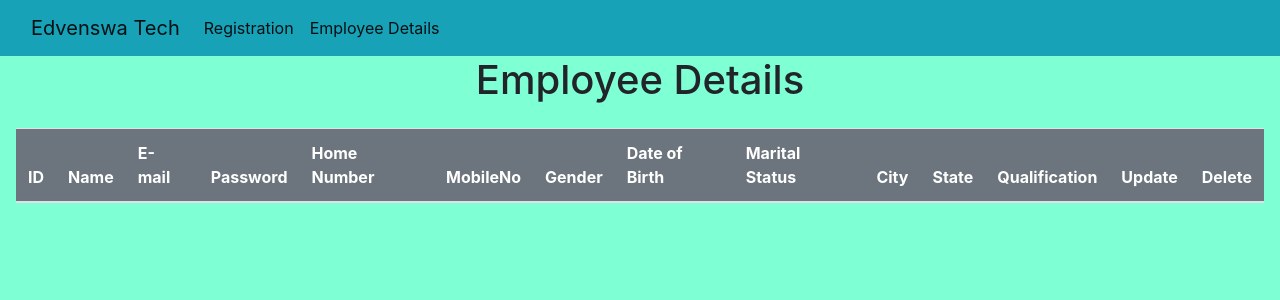
Repository: shubhverma2502/STSProjects
Page: http://localhost/DemoProject/views/ViewAll.jsp
An editor plug-in stored every save of this project. The page is shown before and after the next save, followed by the edit.
The browser window is 1280 px wide. The pictures show the whole page.
The page is served by Tomcat 9. Other server files are loaded and not shown. The template is opened directly, without the code that normally fills it, so the values that code supplies are empty.

Above is the page before, as saved 2023-04-06 12:09:50.

### DemoProject/src/main/webapp/views/ViewAll.jsp
<%@ page language="java" contentType="text/html; charset=ISO-8859-1"
	pageEncoding="ISO-8859-1"%>

<!DOCTYPE html>
<html lang="en" xmlns:th="http://www.thymeLeaf.com">
<html>
<head>
<meta charset="ISO-8859-1">
<title>Employee Details</title>
<link rel="stylesheet"
	href="https://cdn.jsdelivr.net/npm/bootstrap@4.0.0/dist/css/bootstrap.min.css"
	integrity="sha384-Gn5384xqQ1aoWXA+058RXPxPg6fy4IWvTNh0E263XmFcJlSAwiGgFAW/dAiS6JXm"
	crossorigin="anonymous">
</head>
<body style="background-color: aquamarine;">
    <nav class="navbar navbar-expand-lg navbar-light bg-info">
        <div class="container-fluid">
          <a class="navbar-brand" href="/">Edvenswa Tech</a>
          <button class="navbar-toggler" type="button" data-bs-toggle="collapse" data-bs-target="#navbarSupportedContent"
            aria-controls="navbarSupportedContent" aria-expanded="false" aria-label="Toggle navigation">
            <span class="navbar-toggler-icon"></span>
          </button>
          <div class="collapse navbar-collapse" id="navbarSupportedContent">
            <ul class="navbar-nav me-auto mb-2 mb-lg-0">
              <li class="nav-item active">
                <a class="nav-link" aria-current="page" href="/reg">Registration</a>
              </li>
              <li class="nav-item active">
                <a class="nav-link" href="/getAll">Employee Details</a>
              </li>

            </ul>
          </div>
        </div>
     </nav>

<%@ taglib uri="http://www.springframework.org/tags/form" prefix="form"%>
<%@ taglib uri="http://java.sun.com/jsp/jstl/core" prefix="c"%>

	<h1 class="text-center">Employee Details</h1>
	<div class="Container p-3">
		<table class="table table-striped">
			<thead class="bg-secondary text-white">
				<tr>
					<th scope="col">ID</th>
					<th scope="col">Name</th>
					<th scope="col">E-mail</th>
					<th scope="col">Password</th>
					<th scope="col">Home Number</th>
					<th scope="col">MobileNo</th>
					<th scope="col">Gender</th>
					<th scope="col">Date of Birth</th>
					<th scope="col">Marital Status</th>
					<th scope="col">City</th>
					<th scope="col">State</th>
					<th scope="col">Qualification</th>
					<th scope="col">Update</th>
					<th scope="col">Delete</th>

				</tr>
			</thead>
			<c:forEach var="Emp" items="${emps}">
				<tr>
					<td>${Emp.id}</td>
					<td>${Emp.name}</td>
					<td>${Emp.email}</td>
					<td>${Emp.password}</td>
					<td>${Emp.home_no}</td>
					<td>${Emp.mobie_no}</td>
					<td>${Emp.gender}</td>
					<td>${Emp.birthdate}</td>
					<td>${Emp.marital_status}</td>
					<td>${Emp.city}</td>
					<td>${Emp.state}</td>
					<td>${Emp.Qualification}</td>
					<td><a href="/update/${Emp.id}">Update</a></td>
					<td><a href="/delete/${Emp.id}">Delete</a></td>


				</tr>
			</c:forEach>
		</table>
		<br />
	</div>


</body>
</html>

After the next save:
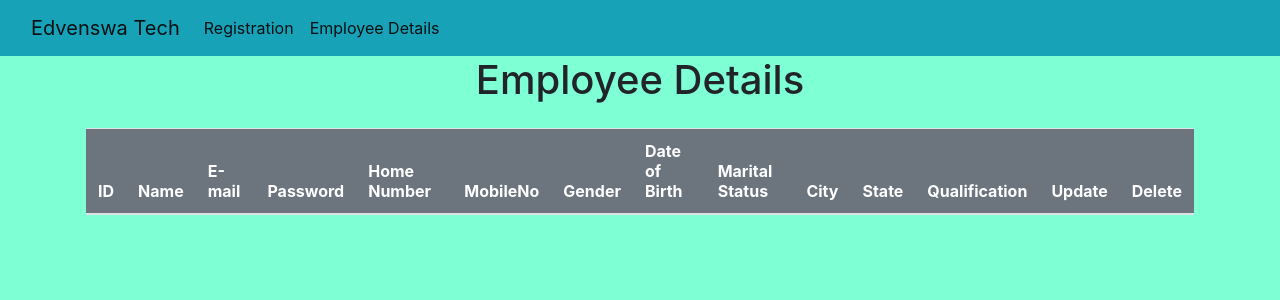
Saved 26 s later.
--- a/DemoProject/src/main/webapp/views/ViewAll.jsp
+++ b/DemoProject/src/main/webapp/views/ViewAll.jsp
@@ -1,5 +1,6 @@
 <%@ page language="java" contentType="text/html; charset=ISO-8859-1"
 	pageEncoding="ISO-8859-1"%>
+	<html lang="en" xmlns:th="http://www.thymeLeaf.com">
 
 <!DOCTYPE html>
 <html lang="en" xmlns:th="http://www.thymeLeaf.com">

After the save that followed:
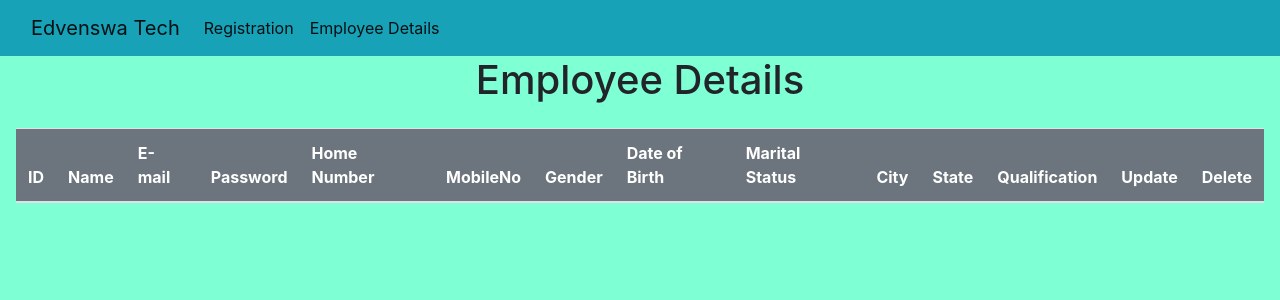
Saved 27 s later.
--- a/DemoProject/src/main/webapp/views/ViewAll.jsp
+++ b/DemoProject/src/main/webapp/views/ViewAll.jsp
@@ -1,6 +1,5 @@
 <%@ page language="java" contentType="text/html; charset=ISO-8859-1"
 	pageEncoding="ISO-8859-1"%>
-	<html lang="en" xmlns:th="http://www.thymeLeaf.com">
 
 <!DOCTYPE html>
 <html lang="en" xmlns:th="http://www.thymeLeaf.com">
